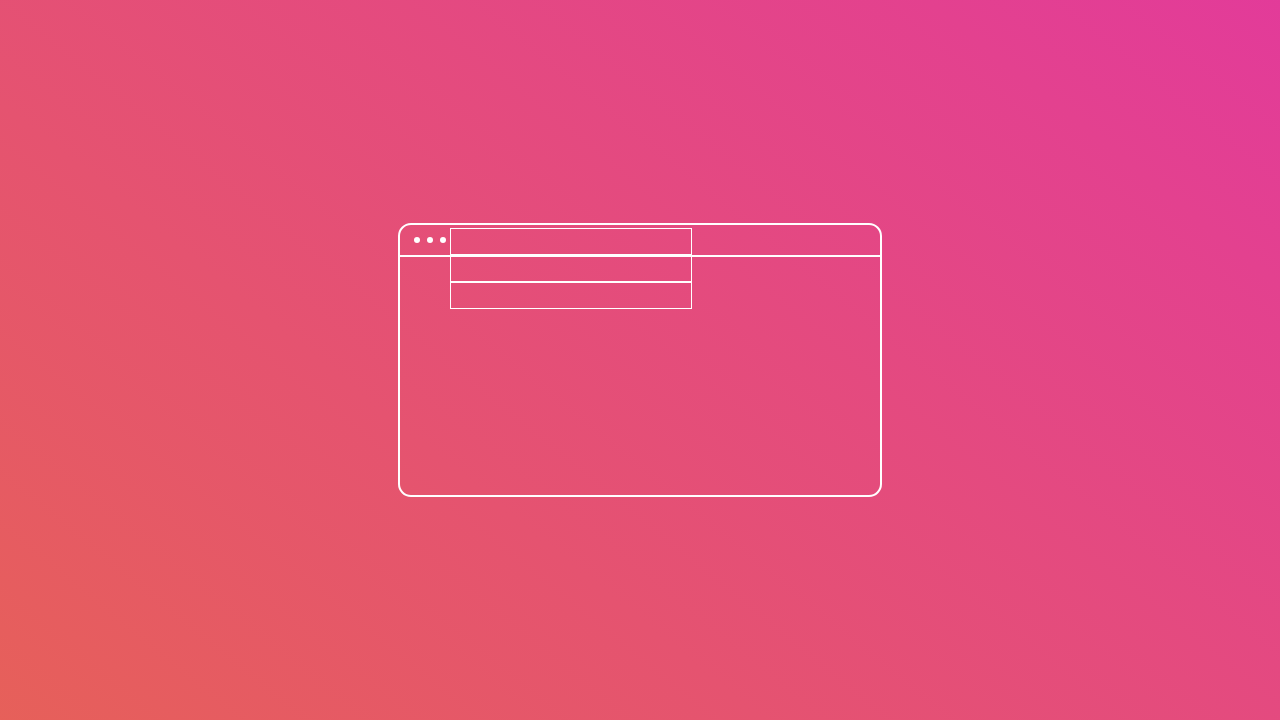
Repository: wrzonki/3d-css
Page: index.html
These files come from the project's save history. The page is drawn as it stood at one moment and after the next save; the edit follows.
The browser window is 1280 px wide. The pictures show the whole page.
The style sheet was rebuilt from its Sass, Less or Tailwind sources for each picture, by a compiler version that may differ from the author's.

Above is the page before, as saved 2019-11-25 21:17:15.

After the next save:
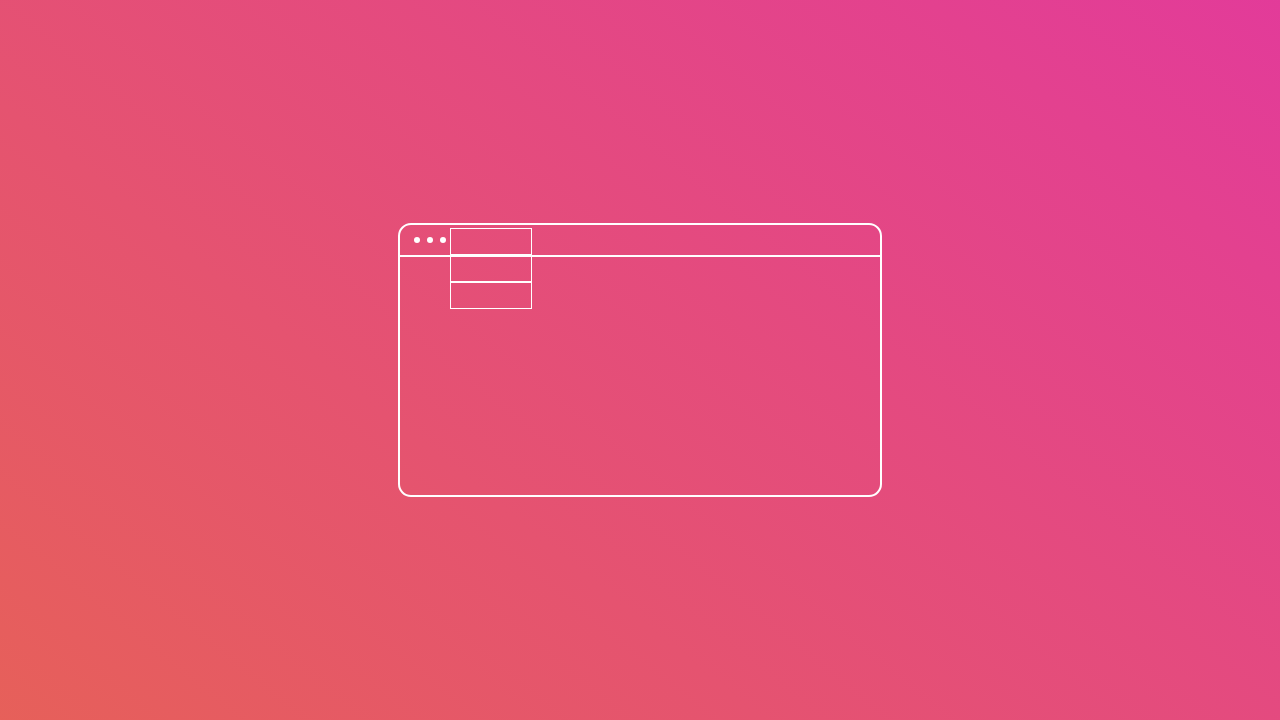
Saved 7 s later.
--- a/index.scss
+++ b/index.scss
@@ -70,7 +70,7 @@ body {
             height: 25px;
         }
         .tab {
-            width: 80px * 3;
+            width: 80px;
             height: 25px;
             border: 1px solid #fff;
         }
